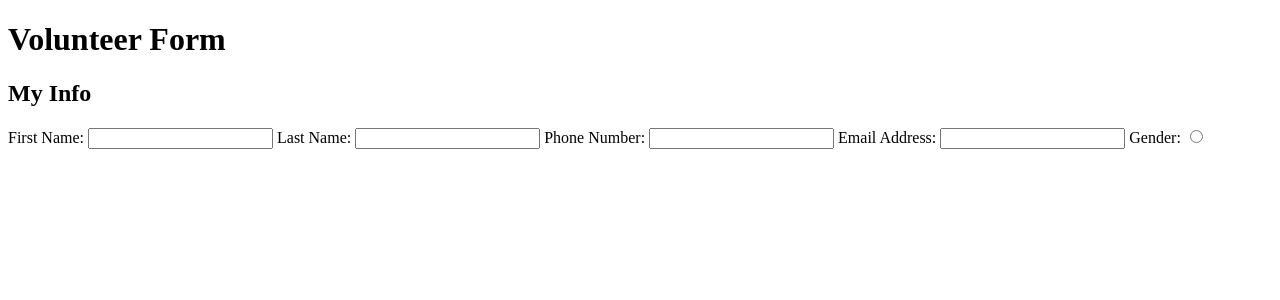
Repository: rishondass/ITMD361-Lab4
Page: index.html
An editor plug-in stored every save of this project. The page is shown before and after the next save, followed by the edit.
The browser window is 1280 px wide. The pictures show the whole page.

Above is the page before, as saved 2023-01-13 14:56:07.

After the next save:
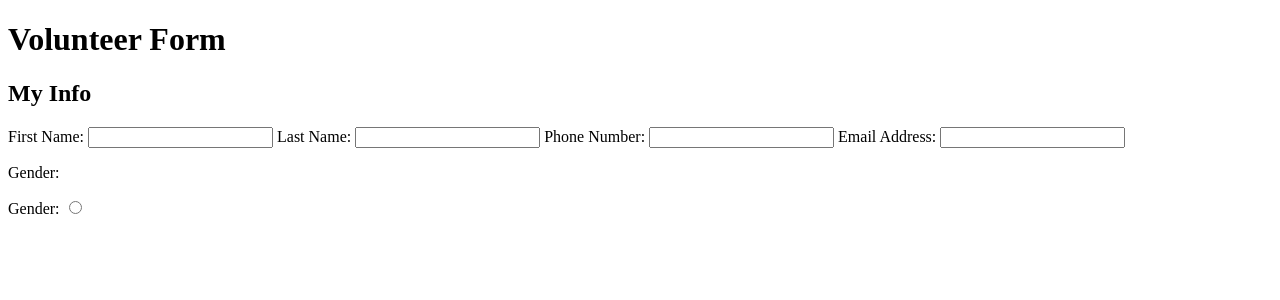
Saved 23 s later.
--- a/index.html
+++ b/index.html
@@ -27,6 +27,7 @@
         <label for="email_field">Email Address:</label>
         <input type="email" name="email_field">
 
+        <p>Gender:</p>
         <label for="gender_field">Gender:</label>
         <input type="radio" name="gender_field" value="Male">
     </form>
